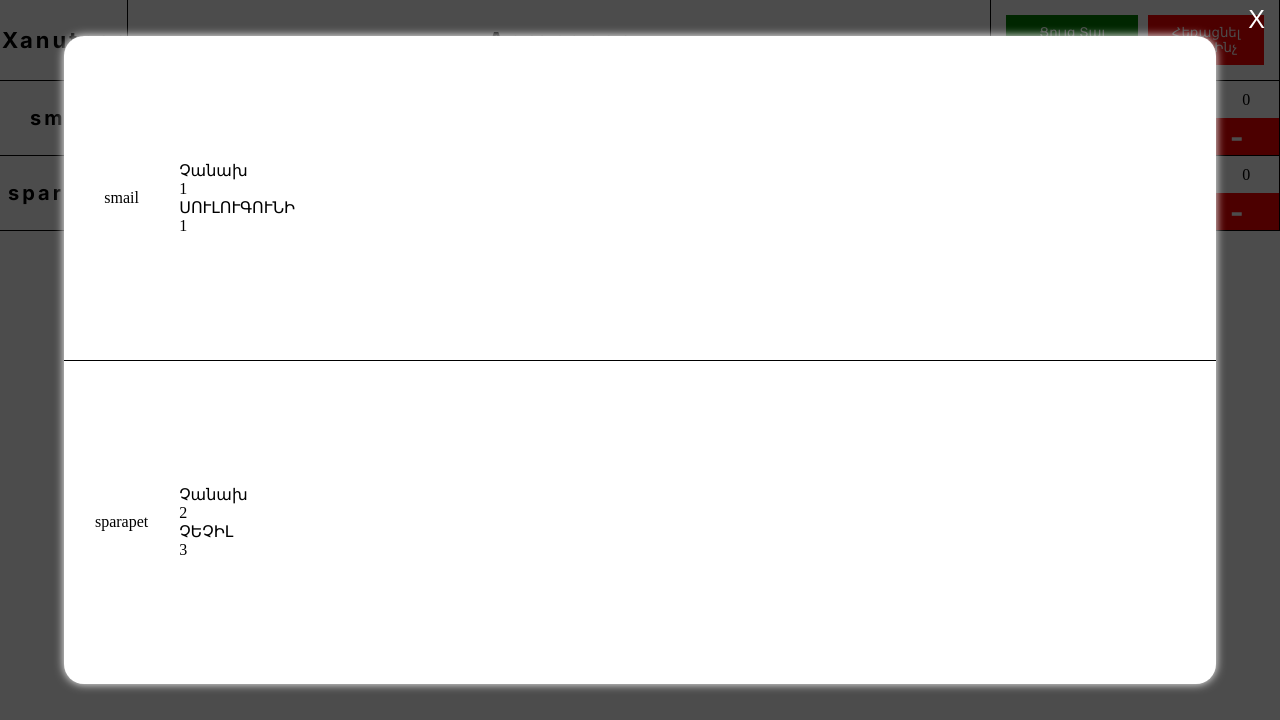
Repository: AbApin/amasia
Page: /
An editor plug-in stored every save of this project. The page is shown before and after the next save, followed by the edit.
The browser window is 1280 px wide. The pictures show the whole page.
The project was rebuilt for these pictures with package versions that can differ from the ones it lists, and the page was loaded fresh each time. Also part of the build but not shown: vue.config.js.

Above is the page before, as saved 2023-01-28 17:16:32.

### public/index.html
<!DOCTYPE html>
<html lang="">
  <head>
    <meta charset="utf-8" />
    <meta http-equiv="X-UA-Compatible" content="IE=edge" />
    <meta name="viewport" content="width=device-width,initial-scale=1.0" />
    <link rel="icon" href="<%= BASE_URL %>favicon.ico" />
    <title><%= htmlWebpackPlugin.options.title %></title>
    <link
      href="https://fonts.googleapis.com/css?family=Inter:100,200,300,regular,500,600,700,800,900"
      rel="stylesheet"
    />
  </head>
  <body>
    <noscript>
      <strong
        >We're sorry but <%= htmlWebpackPlugin.options.title %> doesn't work properly without
        JavaScript enabled. Please enable it to continue.</strong
      >
    </noscript>
    <div id="app"></div>
    <!-- built files will be auto injected -->
  </body>
</html>

### src/App.vue
<template>
  <div id="app">
    <div class="header">
      <h2 class="xanutnerTitle">Xanutner</h2>
      <h2 class="apranqnerTitle">Apranqner</h2>
      <div class="cuycTal">
        <button class="cuycTalBtn" @click="isClick = true">ցույց տալ ընդհանուրը</button>
        <button class="heracnelBtn">հեռացնել ամեն ինչ</button>
      </div>
      <div v-show="isClick" class="endhanurQanak">
        <button @click="isClick = false" class="closeBtn">X</button>
        <div class="endhanurQanakInner">
          <ul class="endhanurQanakiList">
            <li
              v-for="xanutiAnun in Object.keys(ZAKAZNER)"
              :key="xanutiAnun"
              class="endhanurQanakiListItem"
            >
              <p class="endhanurQanakiListItemXanutiAnun">{{ xanutiAnun }}</p>
              <ul class="endhanurApranqneriList">
                <li
                  v-for="endhanurApranq in ZAKAZNER[xanutiAnun]"
                  :key="endhanurApranq.anun"
                  class="endhanurApranqneriListItem"
                >
                  <p class="endhanurApranqneriListItemAnun">{{ endhanurApranq.anun }}</p>
                  <p class="endhanurApranqneriListItemQanak">{{ endhanurApranq.qanak }}</p>
                </li>
              </ul>
            </li>
          </ul>
        </div>
      </div>
    </div>
    <div class="content">
      <ul class="contentList">
        <li v-for="xanutiAnun in Object.keys(XANUTNER)" :key="xanutiAnun" class="contentItem">
          <p class="xanutiAnun">{{ xanutiAnun }}</p>
          <ul class="apranqneriList">
            <li
              v-for="(apranq, apranqiHamar) in XANUTNER[xanutiAnun]"
              :key="apranqiHamar"
              class="apranqneriListItem"
            >
              <div class="apranqiText">
                <p class="apranqiAnun">{{ apranq.anun }}</p>
                <p class="apranqiQanak">{{ apranq.qanak }}</p>
              </div>
              <div class="apranqiAvelPakas">
                <button class="plus apranqiBtn" @click="AVELACNEL({ xanutiAnun, apranqiHamar })">
                  +
                </button>
                <button class="minus apranqiBtn" @click="PAKASACNEL({ xanutiAnun, apranqiHamar })">
                  -
                </button>
              </div>
            </li>
          </ul>
        </li>
      </ul>
    </div>
  </div>
</template>

<script>
import { mapGetters, mapMutations } from 'vuex';
export default {
  name: 'App',
  components: {},
  data() {
    return {
      isClick: true,
    };
  },
  mounted() {
    console.log(this.ZAKAZNER);
  },
  methods: {
    ...mapMutations(['AVELACNEL', 'PAKASACNEL']),
  },
  computed: {
    ...mapGetters(['XANUTNER', 'ZAKAZNER']),
  },
};
</script>

<style>
*,
*::after,
*::before {
  margin: 0;
  padding: 0;
  box-sizing: border-box;
}
ul {
  list-style: none;
}
#app {
  display: flex;
  flex-direction: column;
  min-height: 100vh;
}
.header {
  display: flex;
  justify-content: space-between;
  width: 100%;
}
.xanutnerTitle {
  width: 10%;
  display: flex;
  align-items: center;
  justify-content: center;
  font-family: 'Inter';
  font-size: 22px;
  font-weight: 700;
  letter-spacing: 3px;
  padding: 20px 30px;
  border: 1px solid #000;
  border-top: 0;
  border-left: 0;
}
.apranqnerTitle {
  width: 75%;
  display: flex;
  align-items: center;
  justify-content: center;
  font-family: 'Inter';
  font-size: 22px;
  font-weight: 700;
  letter-spacing: 3px;
  padding: 20px 30px;
  border: 1px solid #000;
  border-top: 0;
  border-left: 0;
}
.contentList {
  display: flex;
  flex-direction: column;
}
.contentItem {
  display: flex;
  justify-content: space-between;
}
.xanutiAnun {
  display: flex;
  align-items: center;
  justify-content: center;
  width: 10%;
  font-family: 'Inter';
  font-size: 20px;
  font-weight: 700;
  letter-spacing: 3px;
  word-wrap: break-word;
  padding: 20px 30px;
  border: 1px solid #000;
  border-top: 0;
  border-left: 0;
}
.apranqneriList {
  width: 90%;
  display: flex;
  justify-content: space-between;
}
.apranqneriListItem {
  display: flex;
  flex-direction: column;
  flex: 1 1 0;
  border: 1px solid #000;
  border-top: 0;
  border-left: 0;
}
.apranqiText {
  display: flex;
  justify-content: space-between;
  align-items: center;
  height: 50%;
}
.apranqiAnun {
  font-family: 'Inter';
  font-size: 15px;
  font-weight: 500;
  word-wrap: break-word;
  text-align: center;
  width: 60%;
  border-right: 1px solid #000;
}
.apranqiQanak {
  display: flex;
  justify-content: center;
  align-items: center;
  width: 40%;
}
.apranqiAvelPakas {
  display: flex;
  justify-content: space-between;
  width: 100%;
  height: 50%;
}
.apranqiBtn {
  display: inline-flex;
  justify-content: center;
  align-items: center;
  font-family: 'Inter';
  font-size: 30px;
  font-weight: 700;
  letter-spacing: 3px;
  border: none;
  color: #fff;
  width: 50%;
  cursor: pointer;
}
.plus {
  background: green;
}
.minus {
  background: red;
}
.cuycTal {
  width: 25%;
  display: flex;
  align-items: center;
  justify-content: space-between;
  gap: 10px;
  padding: 15px;
  border: 1px solid #000;
  border-left: 0;
  border-top: 0;
}
.heracnelBtn,
.cuycTalBtn {
  display: inline-block;
  padding: 10px;
  border: none;
  color: #fff;
  text-transform: capitalize;
  cursor: pointer;
  transition: all 0.3s linear;
}
.heracnelBtn {
  background: red;
}
.cuycTalBtn {
  background: green;
}

/* endahnur */
.endhanurQanak {
  display: flex;
  justify-content: center;
  align-items: center;
  position: fixed;
  z-index: 999;
  top: 0;
  left: 0;
  width: 100%;
  height: 100%;
  background-color: rgba(0, 0, 0, 0.7);
}
.endhanurQanakInner {
  width: 90%;
  height: 90%;
  background: #fff;
  box-shadow: 0 0 10px #fff;
  border-radius: 20px;
  overflow: auto;
}
.endhanurQanakiList {
  display: flex;
  flex-direction: column;
  justify-content: space-between;
  height: 100%;
}
.endhanurQanakiListItem {
  display: flex;
  align-items: center;
  flex: 1 1 0;
  border-bottom: 1px solid #000;
}
.endhanurQanakiListItem:last-child {
  border-bottom: none;
}
.endhanurQanakiListItemXanutiAnun {
  width: 10%;
  display: flex;
  align-items: center;
  justify-content: center;
}
.closeBtn {
  display: inline-block;
  color: #fff;
  font-size: 25px;
  position: absolute;
  right: 15px;
  top: 5px;
  background: transparent;
  border: none;
  cursor: pointer;
}
</style>

### src/store/index.js
import Vuex from 'vuex';
import Vue from 'vue';

Vue.use(Vuex);

const store = new Vuex.Store({
  state: {
    xanutner: {
      smail: [
        { anun: 'ԼՈՌԻ', qanak: 0 },
        { anun: 'Չանախ', qanak: 1 },
        { anun: 'ՉԵՉԻԼ', qanak: 0 },
        { anun: 'ՍՈՒԼՈՒԳՈՒՆԻ', qanak: 1 },
        { anun: 'lori', qanak: 0 },
        { anun: 'chanax', qanak: 0 },
        { anun: 'ԿԱՐԱԳ', qanak: 0 },
      ],
      sparapet: [
        { anun: 'ԼՈՌԻ', qanak: 0 },
        { anun: 'Չանախ', qanak: 2 },
        { anun: 'ՉԵՉԻԼ', qanak: 3 },
        { anun: 'ՍՈՒԼՈՒԳՈՒՆԻ', qanak: 0 },
        { anun: 'lori', qanak: 0 },
        { anun: 'chanax', qanak: 0 },
        { anun: 'ԿԱՐԱԳ', qanak: 0 },
      ],
    },
  },
  mutations: {
    AVELACNEL(state, payload) {
      state.xanutner[payload.xanutiAnun][payload.apranqiHamar].qanak += 1;
    },
    PAKASACNEL(state, payload) {
      let qanak = state.xanutner[payload.xanutiAnun][payload.apranqiHamar].qanak;
      console.log(qanak);
      if (qanak >= 1) {
        state.xanutner[payload.xanutiAnun][payload.apranqiHamar].qanak -= 1;
      }
    },
  },
  getters: {
    XANUTNER(state) {
      return state.xanutner;
    },
    ZAKAZNER(state) {
      let zakazner = {};
      Object.keys(state.xanutner).forEach((xanut) => {
        zakazner[xanut] = state.xanutner[xanut].filter(function (el) {
          return el.qanak > 0;
        });
        if (zakazner[xanut].length === 0) {
          delete zakazner[xanut];
        }
      });

      return zakazner;
    },
  },
});

export default store;

Loaded but not shown: src/main.js (common file)

After the next save:
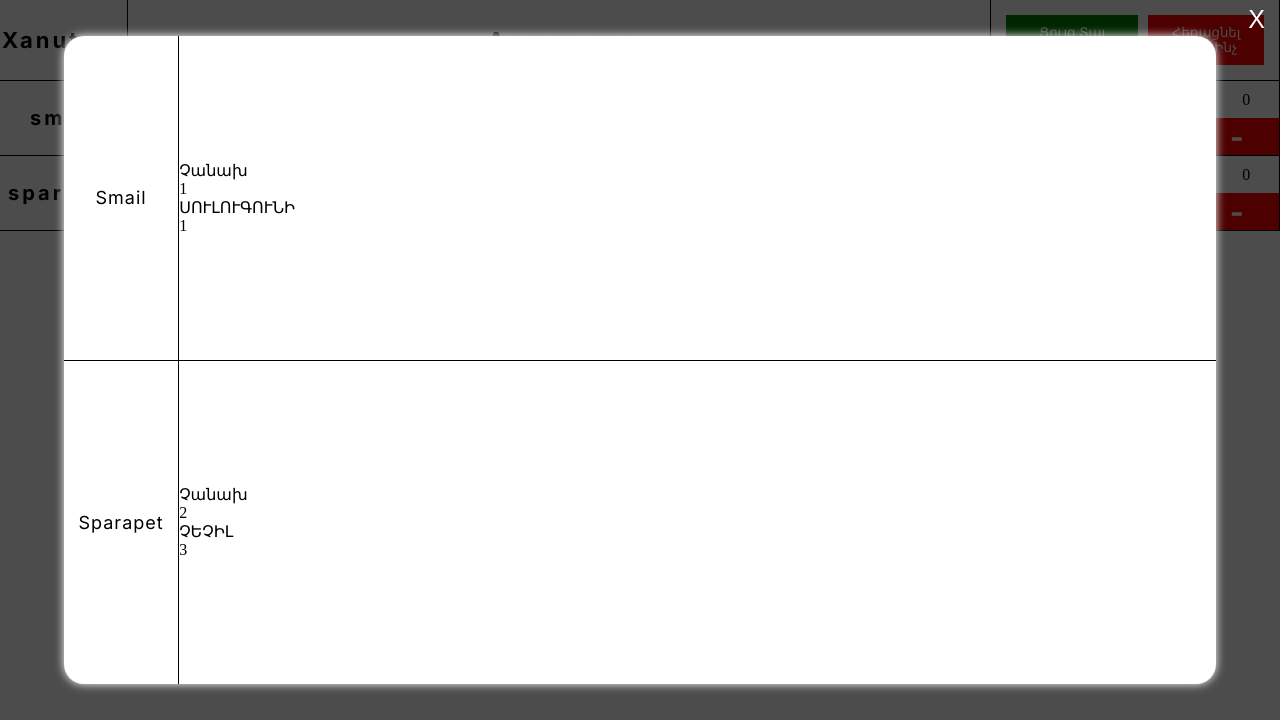
Saved 77 s later.
--- a/src/App.vue
+++ b/src/App.vue
@@ -280,10 +280,16 @@ ul {
   border-bottom: none;
 }
 .endhanurQanakiListItemXanutiAnun {
-  width: 10%;
-  display: flex;
-  align-items: center;
-  justify-content: center;
+    border-right: 1px solid #000;
+    width: 10%;
+    display: flex;
+    align-items: center;
+    justify-content: center;
+    height: 100%;
+    font-family: 'Inter';
+    font-size: 18px;
+    letter-spacing: 1px;
+    text-transform: capitalize;
 }
 .closeBtn {
   display: inline-block;
